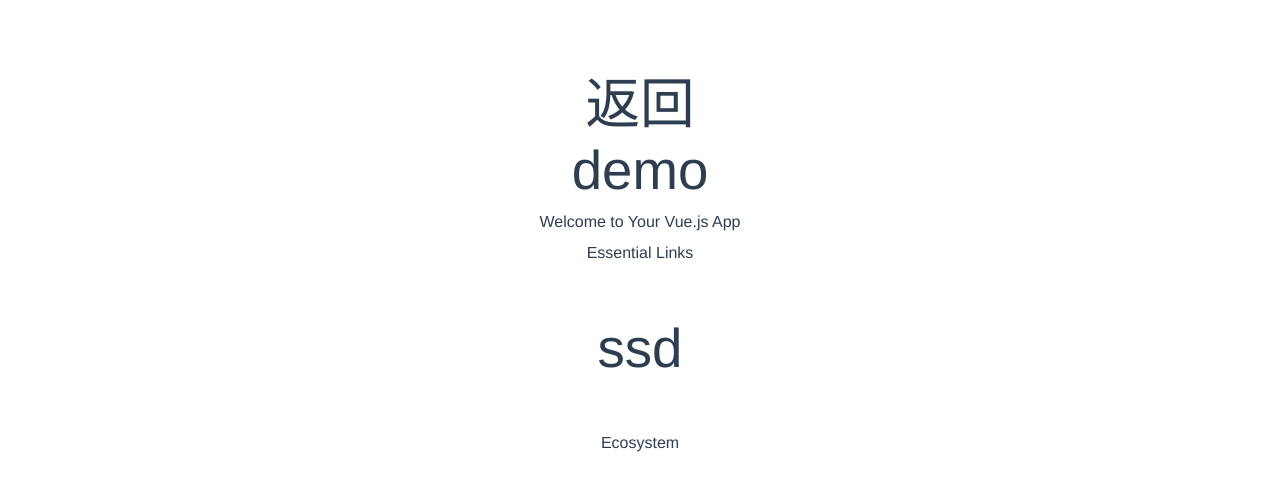
Repository: rechard-work/h5-app-communication
Page: /
These files come from the project's save history. The page is drawn as it stood at one moment and after the next save; the edit follows.
The browser window is 1280 px wide. The pictures show the whole page.
The project was rebuilt for these pictures with package versions that can differ from the ones it lists, and the page was loaded fresh each time.

Above is the page before, as saved 2020-07-10 17:38:46.

### src/main.js
// The Vue build version to load with the `import` command
// (runtime-only or standalone) has been set in webpack.base.conf with an alias.
import './common/js/rem'

import Vue from 'vue'
import App from './App'
import router from './router'

import Bridge from './common/js/jsBridge.js'
Vue.prototype.$bridge = Bridge

Vue.config.productionTip = false

/* eslint-disable no-new */
new Vue({
  el: '#app',
  router,
  components: { App },
  template: '<App/>'
})

### src/common/js/rem.js
/* eslint-disable */
;(function(window) {
  const baseSize = 32
  // 设置 rem 函数
  function setRem () {
    // 当前页面宽度相对于 750 宽的缩放比例，可根据自己需要修改。
    const scale = document.documentElement.clientWidth / 750
    // 设置页面根节点字体大小
    document.documentElement.style.fontSize = (baseSize * Math.min(scale, 2)) + 'px'
  }
  // 初始化
  setRem()
  // 改变窗口大小时重新设置 rem
  window.onresize = function () {
    setRem()
  }
})(window)

### src/common/js/jsBridge.js
let isAndroid = navigator.userAgent.indexOf('Android') > -1 || navigator.userAgent.indexOf('Adr') > -1
let isiOS = !!navigator.userAgent.match(/\(i[^;]+;( U;)? CPU.+Mac OS X/)

// 这是必须要写的，用来创建一些设置
function setupWebViewJavascriptBridge (callback) {
  // Android使用
  if (isAndroid) {
    if (window.WebViewJavascriptBridge) {
      callback(window.WebViewJavascriptBridge)
    } else {
      document.addEventListener(
        'WebViewJavascriptBridgeReady',
        () => {
          callback(window.WebViewJavascriptBridge)
        },
        false
      )
    }
    sessionStorage.phoneType = 'android'
  }

  // iOS使用
  if (isiOS) {
    if (window.WebViewJavascriptBridge) {
      return callback(window.WebViewJavascriptBridge)
    }
    if (window.WVJBCallbacks) {
      return window.WVJBCallbacks.push(callback)
    }
    window.WVJBCallbacks = [callback]
    var WVJBIframe = document.createElement('iframe')
    WVJBIframe.style.display = 'none'
    WVJBIframe.src = 'wvjbscheme://__BRIDGE_LOADED__'
    document.documentElement.appendChild(WVJBIframe)
    setTimeout(() => {
      document.documentElement.removeChild(WVJBIframe)
    }, 0)
    sessionStorage.phoneType = 'ios'
  }
}
// 注册回调函数，第一次连接时调用 初始化函数(android需要初始化,ios不用)
setupWebViewJavascriptBridge((bridge) => {
  if (isAndroid) {
    // 初始化
    bridge.init((message, responseCallback) => {
      var data = {
        'Javascript Responds': 'Wee!'
      }
      responseCallback(data)
    })
  }
})

export default {
  // js调APP方法 （参数分别为:app提供的方法名  传给app的数据  回调）
  callHandler (name, data, callback) {
    setupWebViewJavascriptBridge((bridge) => {
      bridge.callHandler(name, data, callback)
    })
  },
  // APP调js方法 （参数分别为:js提供的方法名  回调）
  registerHandler (name, callback) {
    setupWebViewJavascriptBridge((bridge) => {
      bridge.registerHandler(name, (data, responseCallback) => {
        callback(data, responseCallback)
      })
    })
  }
}

### src/components/HelloWorld.vue
<template>
  <div class="hello">
    <van-nav-bar>
    <div class="left-item" slot="left">
      <i class="icon-back"/>
      <span>返回</span>
    </div>
    <div name="title" class="title" slot="title">
      <span>{{title}}</span>
    </div>
  </van-nav-bar>
    <h1>{{ msg }}</h1>
    <h2>Essential Links</h2>
    <ul>
      <li>ssd</li>
    </ul>
    <h2>Ecosystem</h2>
  </div>
</template>

<script>
export default {
  name: 'HelloWorld',
  data () {
    return {
      title: 'demo',
      msg: 'Welcome to Your Vue.js App'
    }
  },
  mounted () {
    this.appCall()
    this.callAPP()
  },
  methods: {
    // js调用app ==================================
    callAPP () {
      let param = {} // JS给APP传得参数
      this.$bridge.callHandler('MSGetNativeInfo', param, res => {
        alert('获取app响应数据:' + res)
      })
    },
    // app调js =====================================
    // app调用js的方法 appCallJS, 需要注册
    appCall () {
      this.$bridge.registerHandler('appCallJS', (datas, responseCallback) => {
        alert('showStationList' + datas)
      })
    }
  }
}
</script>

<!-- Add "scoped" attribute to limit CSS to this component only -->
<style scoped>
h1,
h2 {
  font-weight: normal;
  font-size: 16px;
}
ul {
  list-style-type: none;
  padding: 0;
}
li {
  display: inline-block;
  margin: 0 30px;
}
a {
  color: #42b983;
}
</style>

Loaded but not shown: index.html (common file); src/App.vue (common file); src/router/index.js (common file)

After the next save:
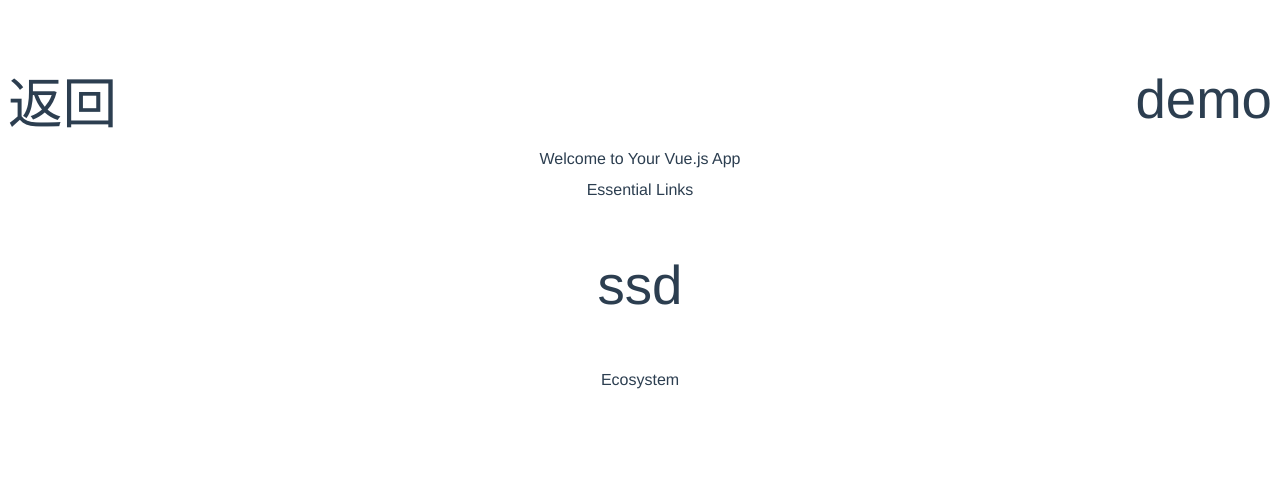
Saved 66 s later.
--- a/src/components/HelloWorld.vue
+++ b/src/components/HelloWorld.vue
@@ -1,6 +1,6 @@
 <template>
   <div class="hello">
-    <van-nav-bar>
+    <van-nav-bar class="nav-bar">
     <div class="left-item" slot="left">
       <i class="icon-back"/>
       <span>返回</span>
@@ -51,7 +51,12 @@
 </script>
 
 <!-- Add "scoped" attribute to limit CSS to this component only -->
-<style scoped>
+<style scoped lang='less'>
+.nav-bar{
+  display: flex;
+  justify-content: space-between;
+  align-items: center;
+}
 h1,
 h2 {
   font-weight: normal;
